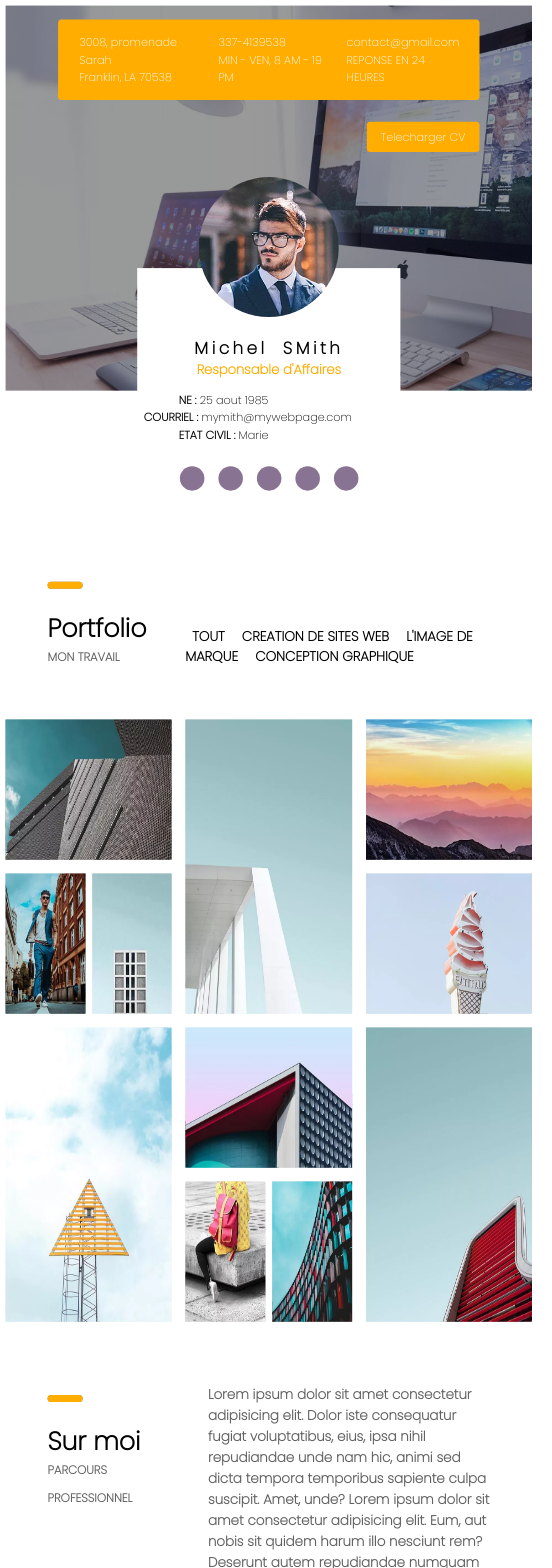
Repository: wadelfadill/CV_PORTFOLIO
Page: index.html
An editor plug-in stored every save of this project. The page is shown before and after the next save, followed by the edit.
The browser window is 768 px wide. The page is 789 px wide, so the pictures cover 789 px, including what lies to the right of the window. The pictures show the part of the page from y = 0 to 2240 px (the page is 5892 px tall), at 70% of full size.
Some icons come from a web library that is not loaded, so they are not drawn. Backgrounds fixed to the window are drawn as part of the page.

Above is the page before, as saved 2023-03-17 09:26:37.

After the next save:
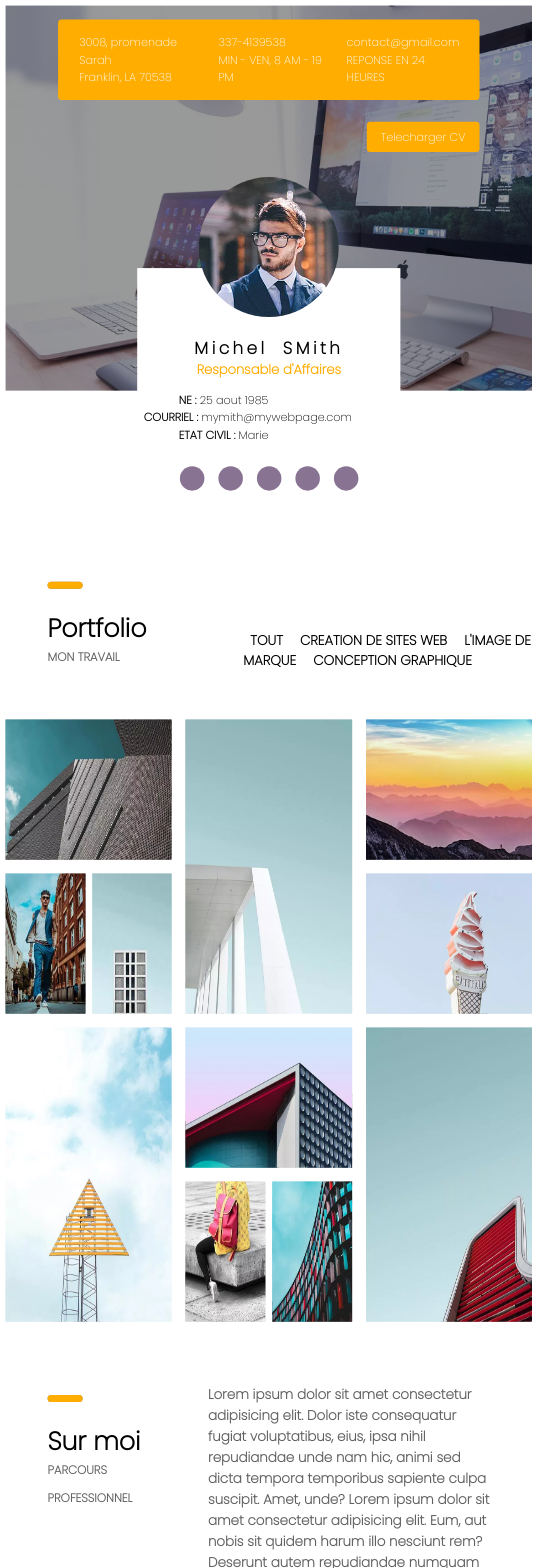
Saved 45 s later.
--- a/style.css
+++ b/style.css
@@ -644,7 +644,7 @@ footer{
         row-gap: 70px;
     }
     .head-portfolio{
-        gap: 8%;
+        align-items: flex-end;
     }
 
 }
